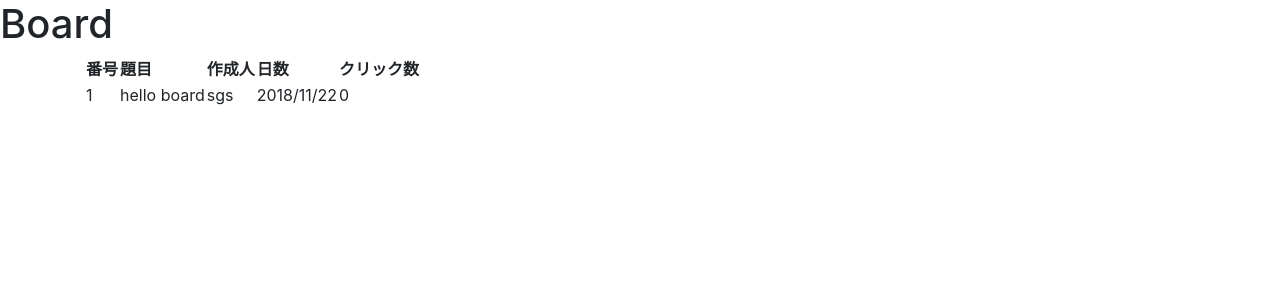
Repository: songgisung/study_web
Page: 20181126/test/board/WebContent/board.html
An editor plug-in stored every save of this project. The page is shown before and after the next save, followed by the edit.
The browser window is 1280 px wide. The pictures show the whole page.

Above is the page before, as saved 2018-11-22 08:34:06.

After the next save:
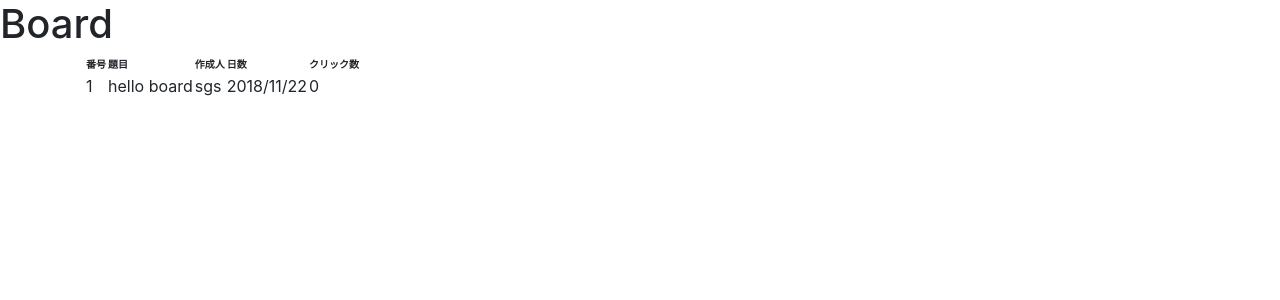
Saved 116 s later.
--- a/20181126/test/board/WebContent/css/board.css
+++ b/20181126/test/board/WebContent/css/board.css
@@ -1,5 +1,7 @@
 @charset "UTF-8";
+
 .table_{
 	border-color: black;
-	margin: 0px;
+	margin:0px;
+	font-size: 10px;
 }
